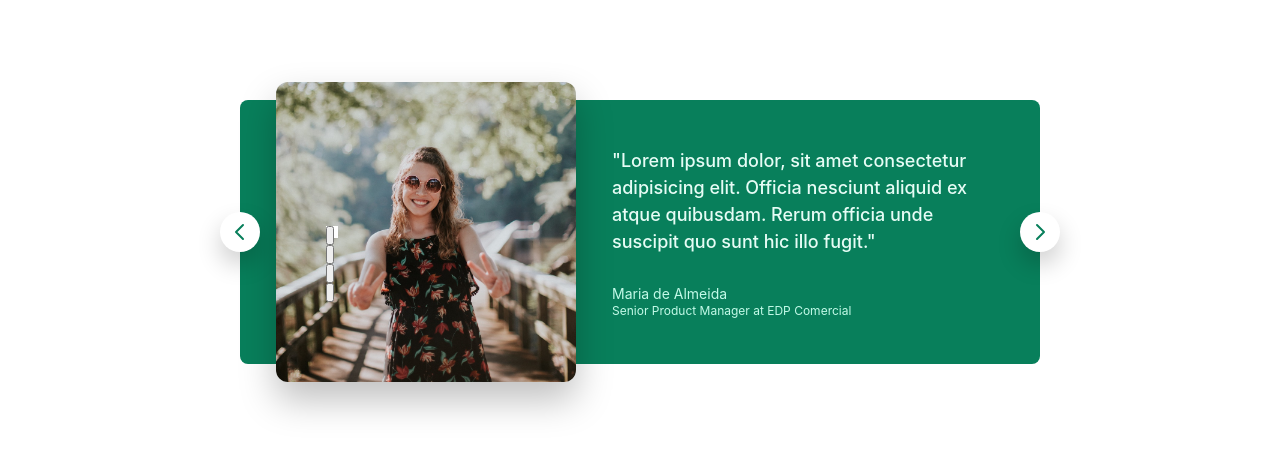
Repository: nghiakma/HTML-CSS-Fundamental
Page: Component_LayoutPatterns/carousel.html
The author's editor kept a copy of each file at every save. The page is drawn from the files as they stood at one save, then again after the next save.
The browser window is 1280 px wide. The pictures show the whole page.

Above is the page before, as saved 2023-08-26 12:03:36.

After the next save:
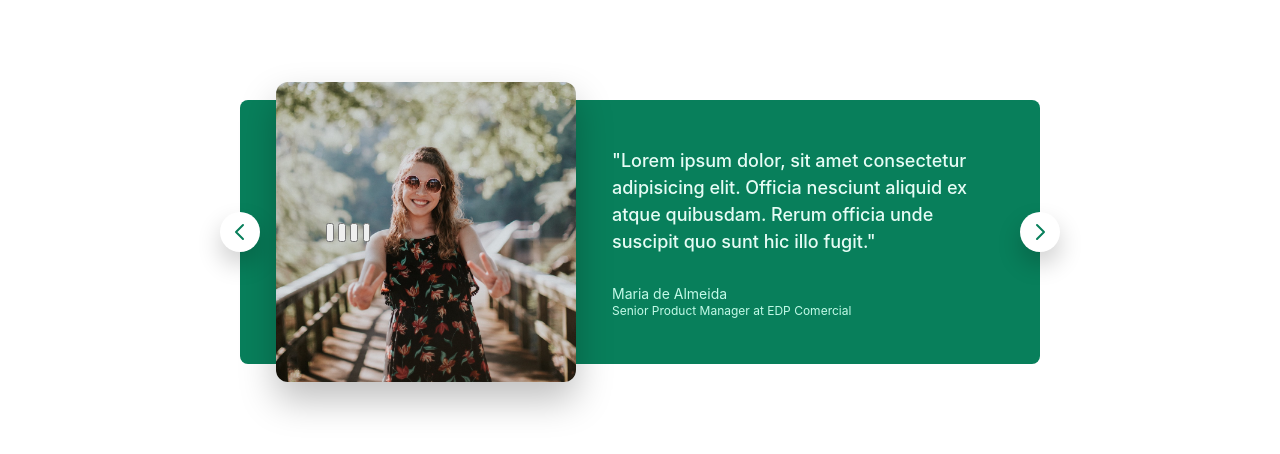
Saved 19 s later.
--- a/Component_LayoutPatterns/carousel.html
+++ b/Component_LayoutPatterns/carousel.html
@@ -99,9 +99,7 @@ x(-50%): di chuyen mot nua chieu rong cua phan tu sang trai*/
 
     .dots {
       position: absolute;
-      height: 12px;
-      width: 12px;
-      background-color: #fff;
+
     }
 
     /* CONTROLS */
